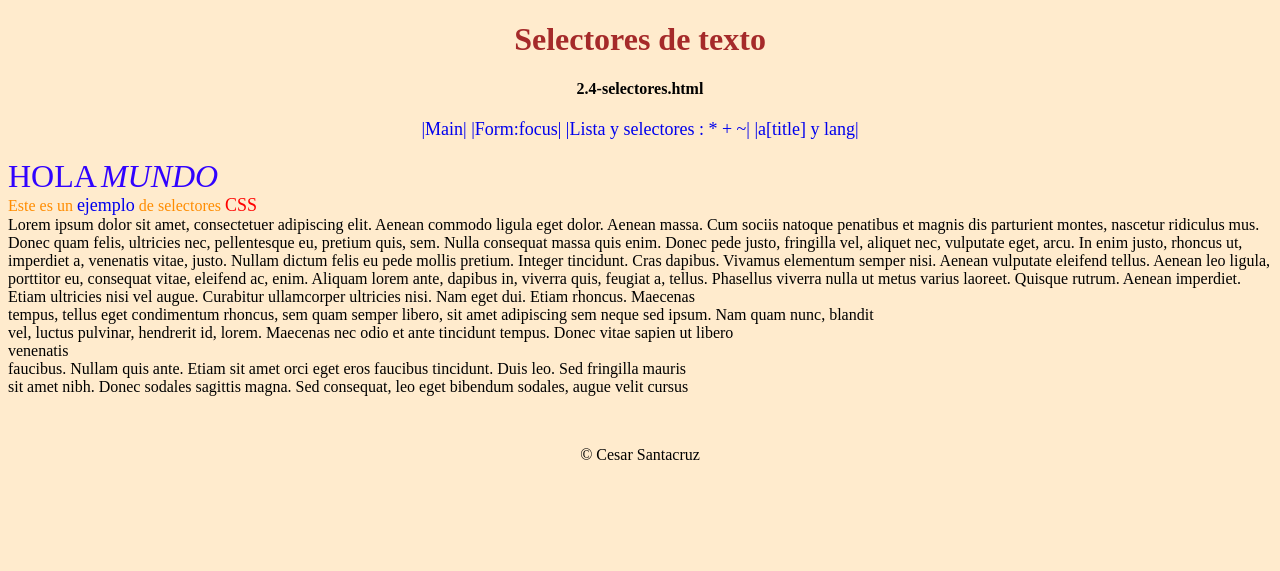
Repository: cesarsant0203/My_Study
Page: Introducción al desarrollo web/2-Css/2.4-selectores_css.html
An editor plug-in stored every save of this project. The page is shown before and after a run of saves, followed by the edit.
The browser window is 1280 px wide. The pictures show the whole page.

Above is the page before, as saved 2020-04-28 19:47:47.

After the next 6 saves:
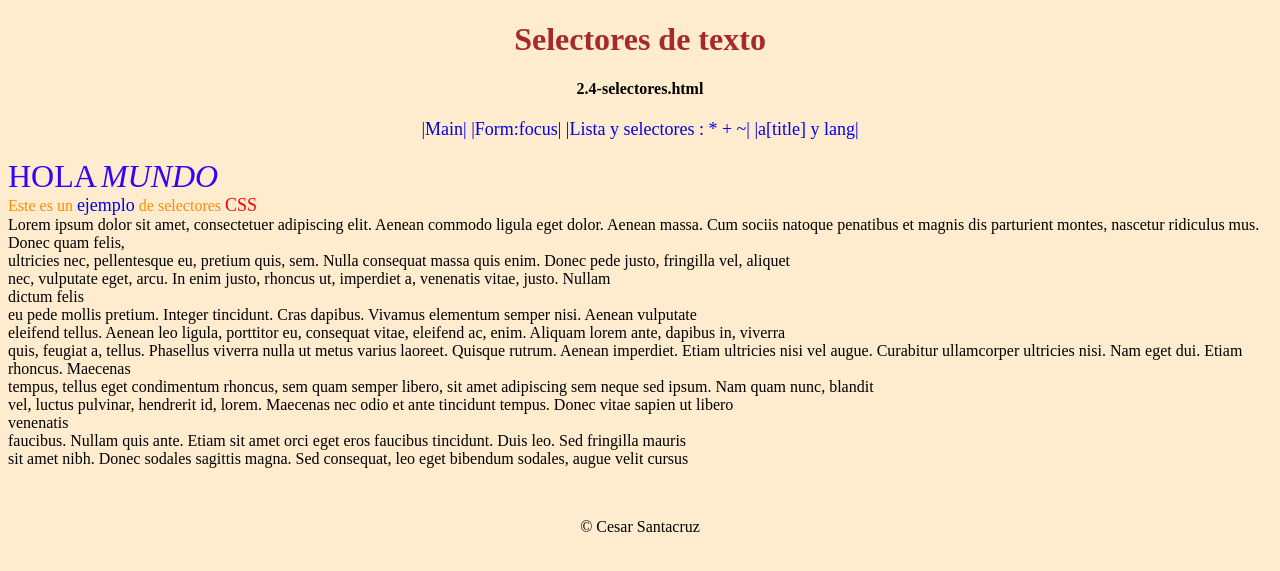
The 6 saves are shown as one change because they came seconds apart.
The last was saved 12 s later.
--- a/Introducción al desarrollo web/2-Css/2.4-selectores_css.html
+++ b/Introducción al desarrollo web/2-Css/2.4-selectores_css.html
@@ -26,11 +26,11 @@
     <span id="mySpan">Este es un <a href="#" class="bold">ejemplo</a> de selectores</span>
     <span class="bold red">CSS</span><br/>Lorem ipsum dolor sit amet, consectetuer adipiscing elit. Aenean commodo ligula
     eget dolor. Aenean massa. Cum sociis natoque penatibus et magnis dis parturient montes, nascetur ridiculus mus.
-    Donec quam felis, ultricies nec, pellentesque eu, pretium quis, sem. Nulla consequat massa quis enim. Donec pede
-    justo, fringilla vel, aliquet nec, vulputate eget, arcu. In enim justo, rhoncus ut, imperdiet a, venenatis vitae,
-    justo. Nullam dictum felis eu pede mollis pretium. Integer tincidunt. Cras dapibus. Vivamus elementum semper nisi.
-    Aenean vulputate eleifend tellus. Aenean leo ligula, porttitor eu, consequat vitae, eleifend ac, enim. Aliquam lorem
-    ante, dapibus in, viverra quis, feugiat a, tellus. Phasellus viverra nulla ut metus varius laoreet. Quisque rutrum.
+    Donec quam felis,<br/> ultricies nec, pellentesque eu, pretium quis, sem. Nulla consequat massa quis enim. Donec pede
+    justo, fringilla vel, aliquet<br/> nec, vulputate eget, arcu. In enim justo, rhoncus ut, imperdiet a, venenatis vitae,
+    justo. Nullam<br/> dictum felis <br/>eu pede mollis pretium. Integer tincidunt. Cras dapibus. Vivamus elementum semper nisi.
+    Aenean vulputate <br/>eleifend tellus. Aenean leo ligula, porttitor eu, consequat vitae, eleifend ac, enim. Aliquam lorem
+    ante, dapibus in, viverra<br/> quis, feugiat a, tellus. Phasellus viverra nulla ut metus varius laoreet. Quisque rutrum.
     Aenean imperdiet. Etiam ultricies nisi vel augue. Curabitur ullamcorper ultricies nisi. Nam eget dui. Etiam rhoncus.
     Maecenas<br/> tempus, tellus eget condimentum rhoncus, sem quam semper libero, sit amet adipiscing sem neque sed ipsum.
     Nam quam nunc, blandit<br/>vel, luctus pulvinar, hendrerit id, lorem. Maecenas nec odio et ante tincidunt tempus. Donec
